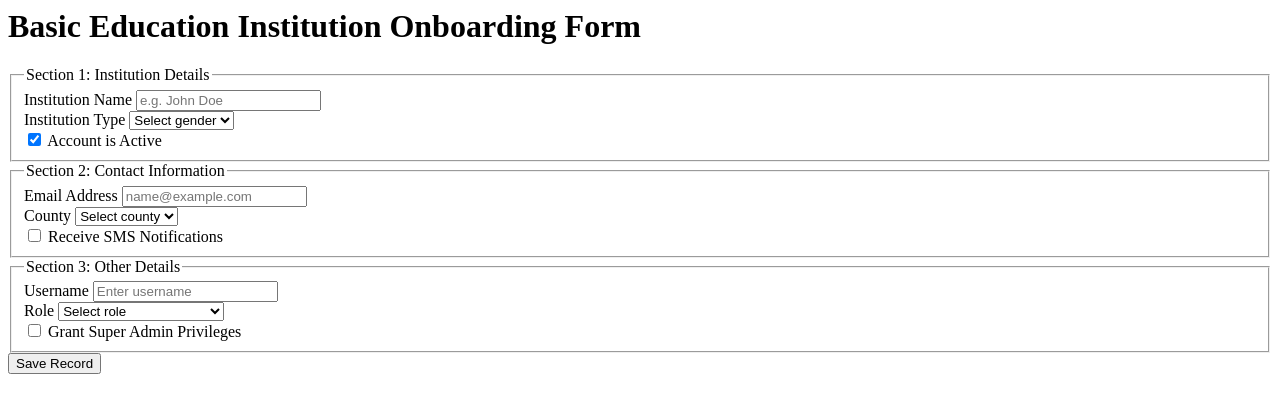
Repository: ndirituart/KEMIS
Page: angular-client/src/app/pages/basic-education/basic-education.html
These files come from the project's save history. The page is drawn as it stood at one moment and after the next save; the edit follows.
The browser window is 1280 px wide. The pictures show the whole page.

Above is the page before, as saved 2026-10-19 17:37:34.

### angular-client/src/app/pages/basic-education/basic-education.html
<div class="kemis-form-wrapper">
<form class="kemis-form" (ngSubmit)="onSubmit()" #myForm="ngForm">
<h1 class="text-center mb-4">Basic Education Institution Onboarding Form</h1>
  <!-- ========================================== -->
  <!-- Section 1: Institution Details                -->
  <!-- ========================================== -->
  <fieldset class="mb-4 p-3 border rounded">
    <legend class="float-none w-auto px-2 fs-5 fw-bold text-primary">Section 1: Institution Details</legend>

    <div class="row g-3">
      <!-- Text Input -->
      <div class="col-md-6">
        <label for="fullName" class="form-label fw-semibold">Institution Name</label>
        <input type="text" class="form-control" id="fullName" name="fullName" placeholder="e.g. John Doe" required>
      </div>

      <!-- Dropdown -->
      <div class="col-md-6">
        <label for="gender" class="form-label fw-semibold">Institution Type</label>
        <select class="form-select" id="gender" name="gender" required>
          <option value="" disabled selected>Select gender</option>
          <option value="Male">Male</option>
          <option value="Female">Female</option>
          <option value="Other">Other</option>
        </select>
      </div>

      <!-- Boolean Toggle (Switch) -->
      <div class="col-12 mt-3">
        <div class="form-check form-switch">
          <input class="form-check-input" type="checkbox" role="switch" id="isActive" name="isActive" checked>
          <label class="form-check-label fw-semibold" for="isActive">Account is Active</label>
        </div>
      </div>
    </div>
  </fieldset>

  <!-- ========================================== -->
  <!-- SECTION 2: Coordinates            -->
  <!-- ========================================== -->
  <fieldset class="mb-4 p-3 border rounded">
    <legend class="float-none w-auto px-2 fs-5 fw-bold text-primary">Section 2: Contact Information</legend>

    <div class="row g-3">
      <!-- Text Input -->
      <div class="col-md-6">
        <label for="emailId" class="form-label fw-semibold">Email Address</label>
        <input type="emailId" class="form-control" id="emailId" name="emailId" placeholder="name@example.com" required>
      </div>

      <!-- Dropdown -->
      <div class="col-md-6">
        <label for="county" class="form-label fw-semibold">County</label>
        <select class="form-select" id="county" name="county" required>
          <option value="" disabled selected>Select county</option>
          <option value="Nairobi">Nairobi</option>
          <option value="Mombasa">Mombasa</option>
          <option value="Kisumu">Kisumu</option>
        </select>
      </div>

      <!-- Boolean Toggle -->
      <div class="col-12 mt-3">
        <div class="form-check form-switch">
          <input class="form-check-input" type="checkbox" role="switch" id="receiveSms" name="receiveSms">
          <label class="form-check-label fw-semibold" for="receiveSms">Receive SMS Notifications</label>
        </div>
      </div>
    </div>
  </fieldset>

  <!-- ========================================== -->
  <!-- SECTION 3: Other Details                -->
  <!-- ========================================== -->
  <fieldset class="mb-4 p-3 border rounded">
    <legend class="float-none w-auto px-2 fs-5 fw-bold text-primary">Section 3: Other Details</legend>

    <div class="row g-3">
      <!-- Text Input -->
      <div class="col-md-6">
        <label for="username" class="form-label fw-semibold">Username</label>
        <input type="text" class="form-control" id="username" name="username" placeholder="Enter username" required>
      </div>

      <!-- Dropdown -->
      <div class="col-md-6">
        <label for="role" class="form-label fw-semibold">Role</label>
        <select class="form-select" id="role" name="role" required>
          <option value="" disabled selected>Select role</option>
          <option value="Admin">Admin</option>
          <option value="IT Officer">IT Officer</option>
          <option value="Head of Institution (HOI)">Head of Institution (HOI)</option>
        </select>
      </div>

      <!-- Boolean Toggle -->
      <div class="col-12 mt-3">
        <div class="form-check form-switch">
          <input class="form-check-input" type="checkbox" role="switch" id="isSuperAdmin" name="isSuperAdmin">
          <label class="form-check-label fw-semibold" for="isSuperAdmin">Grant Super Admin Privileges</label>
        </div>
      </div>
    </div>
  </fieldset>

  <!-- Submit Button -->
  <div class="d-grid gap-2 mt-4">
    <button type="submit" class="btn btn-primary btn-lg">Save Record</button>
  </div>

</form>
</div>

After the next save:
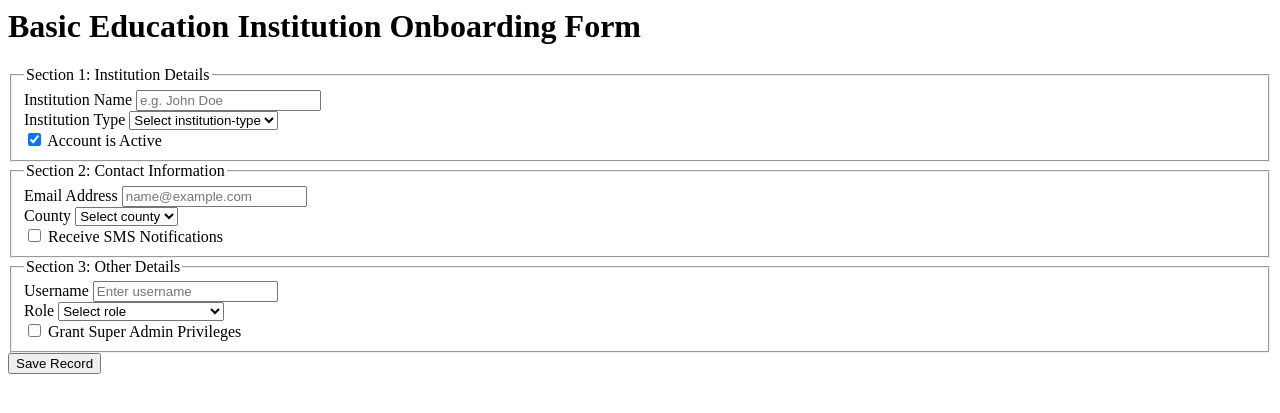
Saved 19 s later.
--- a/angular-client/src/app/pages/basic-education/basic-education.html
+++ b/angular-client/src/app/pages/basic-education/basic-education.html
@@ -16,9 +16,9 @@
 
       <!-- Dropdown -->
       <div class="col-md-6">
-        <label for="gender" class="form-label fw-semibold">Institution Type</label>
-        <select class="form-select" id="gender" name="gender" required>
-          <option value="" disabled selected>Select gender</option>
+        <label for="institution-type" class="form-label fw-semibold">Institution Type</label>
+        <select class="form-select" id="institution-type" name="institution-type" required>
+          <option value="" disabled selected>Select institution-type</option>
           <option value="Male">Male</option>
           <option value="Female">Female</option>
           <option value="Other">Other</option>
